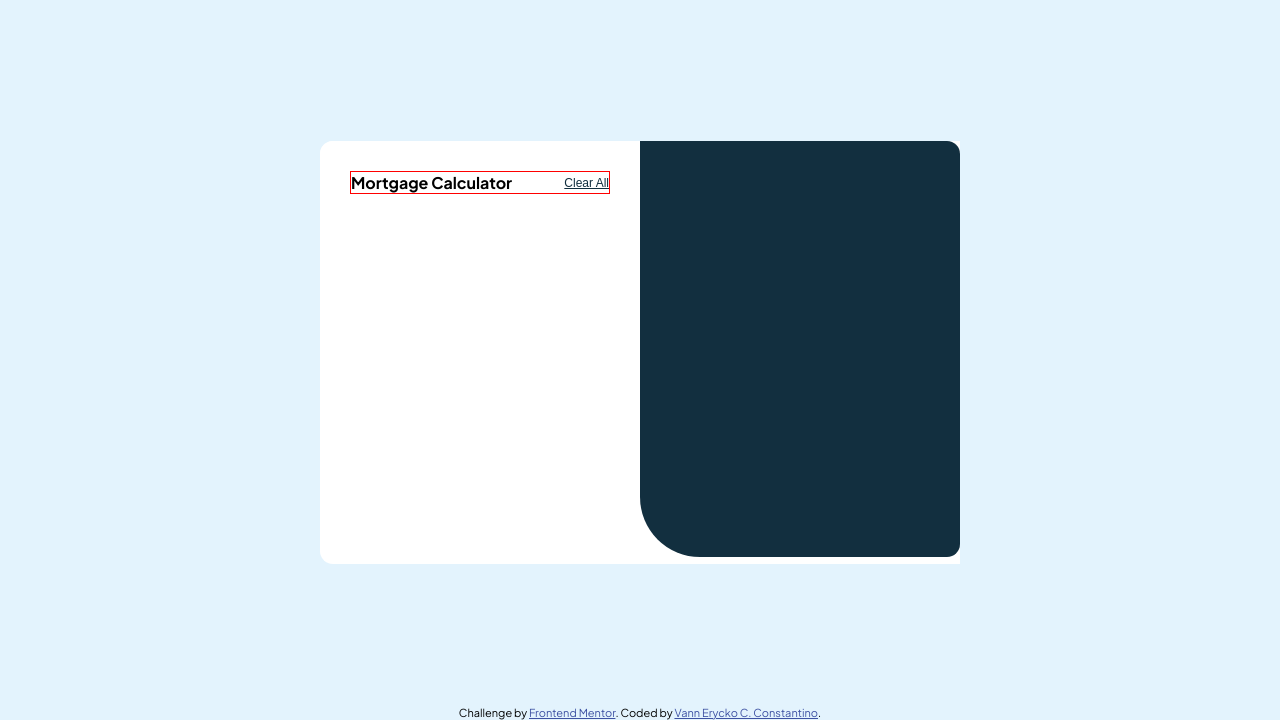
Repository: kocokoy/mortgage-repayment-calculator
Page: index.html
The author's editor kept a copy of each file at every save. The page is drawn from the files as they stood at one save, then again after the next save.
The browser window is 1280 px wide. The pictures show the whole page.

Above is the page before, as saved 2024-10-29 10:27:35.

### index.html
<!DOCTYPE html>
<html lang="en">
<head>
  <meta charset="UTF-8">
  <meta name="viewport" content="width=device-width, initial-scale=1.0"> <!-- displays site properly based on user's device -->

  <link rel="icon" type="image/png" sizes="32x32" href="./assets/images/favicon-32x32.png">
  <link rel="stylesheet" href="/styles/style.css">
  <link rel="preconnect" href="https://fonts.googleapis.com">
<link rel="preconnect" href="https://fonts.gstatic.com" crossorigin>
<link href="https://fonts.googleapis.com/css2?family=Karla:ital,wght@0,200..800;1,200..800&family=Plus+Jakarta+Sans:ital,wght@0,200..800;1,200..800&family=Red+Hat+Text:ital,wght@0,300..700;1,300..700&display=swap" rel="stylesheet">

  <title>Frontend Mentor | Mortgage repayment calculator</title>
</head>
<body>
  <div class="container">
    <div class="container-card">
      <div class="mortgage-calculator-side">
        <div class="mortgage-calculator-header">
          <p>Mortgage Calculator</p>
          <button>Clear All</button>
        </div>
        <div></div>
        <div></div>
        <div></div>
        <div></div>
      </div>
      <div class="result-side"></div>
    </div>
  </div>


  <div class="attribution">
    Challenge by <a href="https://www.frontendmentor.io?ref=challenge">Frontend Mentor</a>.
    Coded by <a href="#">Vann Erycko C. Constantino</a>.
  </div>
</body>
</html>

### styles/style.css
:root{
/* Primary */

--lime: hsl(61, 70%, 52%);
--red: hsl(4, 69%, 50%);

/* Neutral */

--white: hsl(0, 0%, 100%);
--slate100: hsl(202, 86%, 94%);
--slate300: hsl(203, 41%, 72%);
--slate500: hsl(200, 26%, 54%);
--slate700: hsl(200, 24%, 40%);
--slate900: hsl(202, 55%, 16%);
}

.attribution {
  font-size: 11px; text-align: center;
 }
.attribution a {
  color: hsl(228, 45%, 44%);
 }

body{
  margin: 0;
  padding: 0;
  font-family: Plus Jakarta Sans;
  background-color: var(--slate100);
}
.container{
  height: 98vh;
  display: flex;
  flex-direction: column;
  justify-content: center;
  align-items: center;
}
.container-card{
  display: flex;
  flex-direction: row;
  /* border: 1px solid red; */
  height: 60%;
  width: 50%;
  background-color: var(--white);
  border-bottom-left-radius: 13px;
  border-top-left-radius: 13px;

}
.mortgage-calculator-side{
height: 84%;
width: 50%;
background-color: var(--white);
border-bottom-left-radius: 13px;
border-top-left-radius: 13px;
padding: 30px;

}
.result-side{
  height: 84%;
  width: 50%;
  padding: 30px;
  background-color: var(--slate900);
  border-bottom-left-radius: 60px;
  border-bottom-right-radius: 13px;
  border-top-right-radius: 13px;
}

/*Mortgage Calculator Header */
.mortgage-calculator-header{
  border: 1px solid red;
  display: flex;
  flex-direction: row;
  align-items: center;
  justify-content: space-between;
}
.mortgage-calculator-header p{
 margin: 0;
 font-weight: 700;
}
.mortgage-calculator-header button{
 margin: 0;
 font-weight: 500;
 font-size: 12px;
 color: var(--slate900);
 background-color: var(--white);
 text-decoration: underline;
 cursor: pointer;
 border: none;
 padding: 0;
}

/*  */

After the next save:
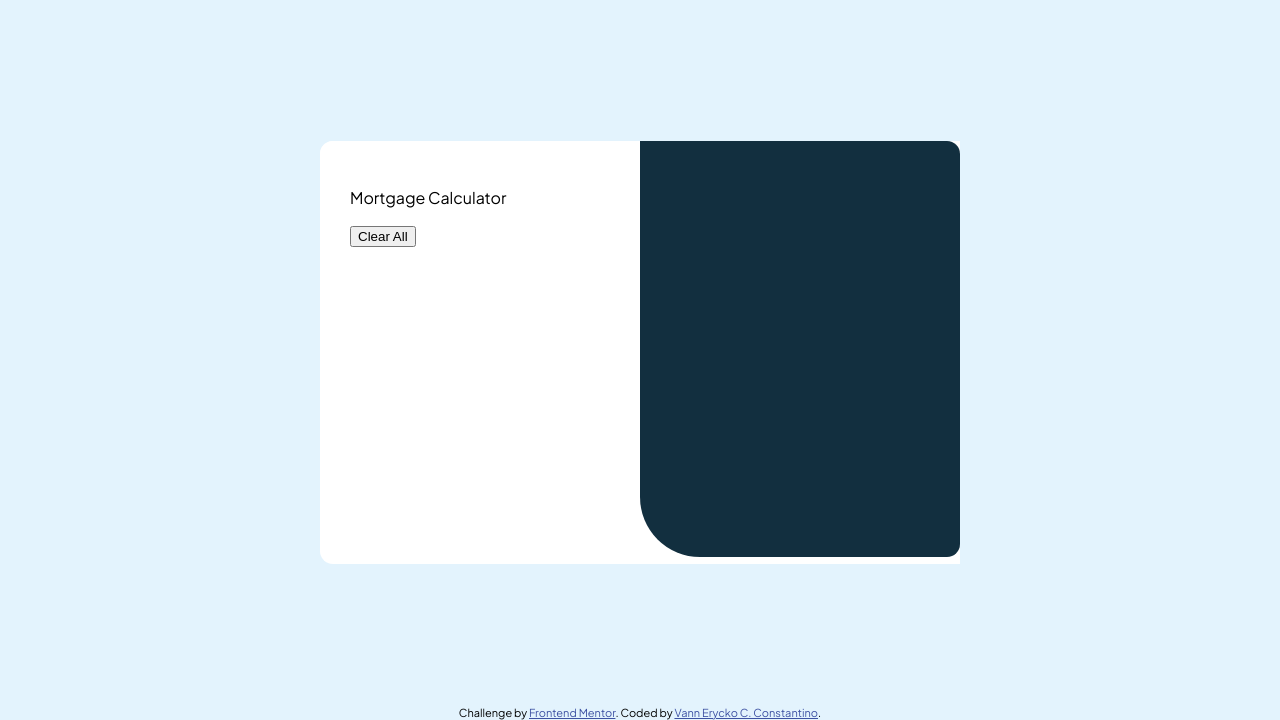
Saved 61 s later.
--- a/styles/style.css
+++ b/styles/style.css
@@ -65,7 +65,7 @@
 }
 
 /*Mortgage Calculator Header */
-.mortgage-calculator-header{
+/* .mortgage-calculator-header{
   border: 1px solid red;
   display: flex;
   flex-direction: row;
@@ -86,6 +86,6 @@
  cursor: pointer;
  border: none;
  padding: 0;
-}
+} */
 
 /*  */

After the save that followed:
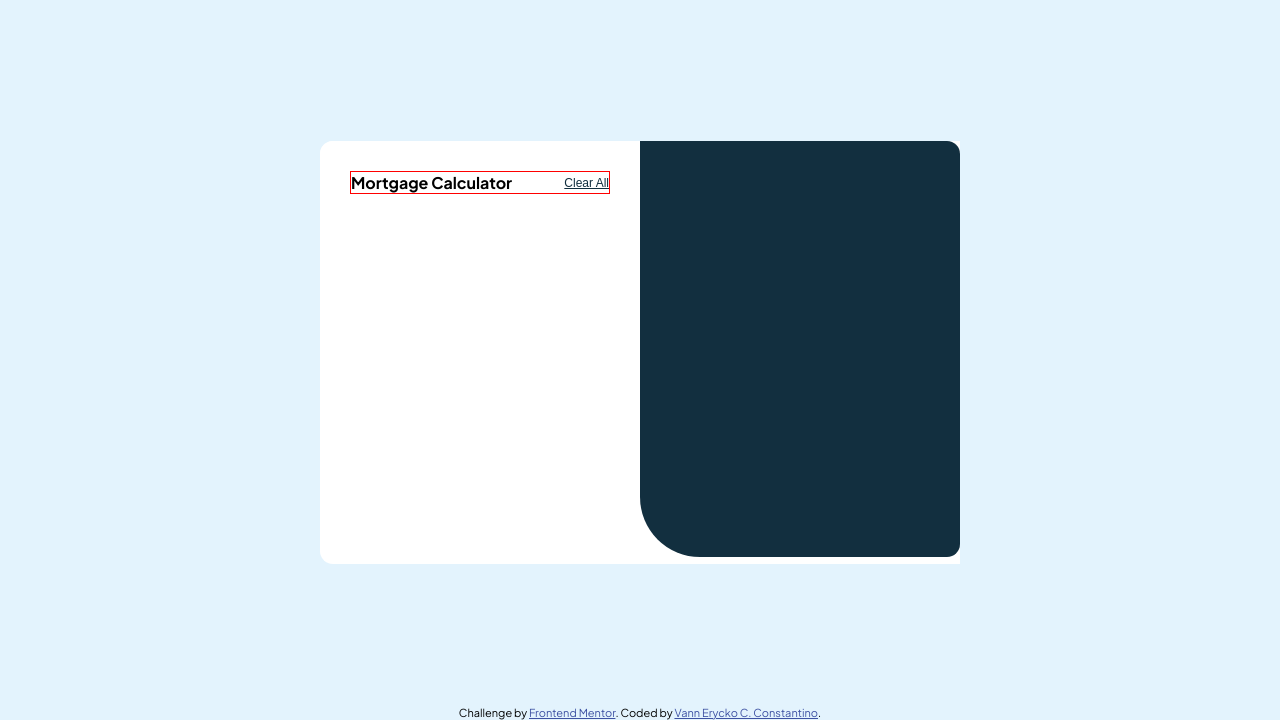
Saved 5 s later.
--- a/styles/style.css
+++ b/styles/style.css
@@ -65,7 +65,7 @@
 }
 
 /*Mortgage Calculator Header */
-/* .mortgage-calculator-header{
+.mortgage-calculator-header{
   border: 1px solid red;
   display: flex;
   flex-direction: row;
@@ -86,6 +86,6 @@
  cursor: pointer;
  border: none;
  padding: 0;
-} */
+}
 
 /*  */
